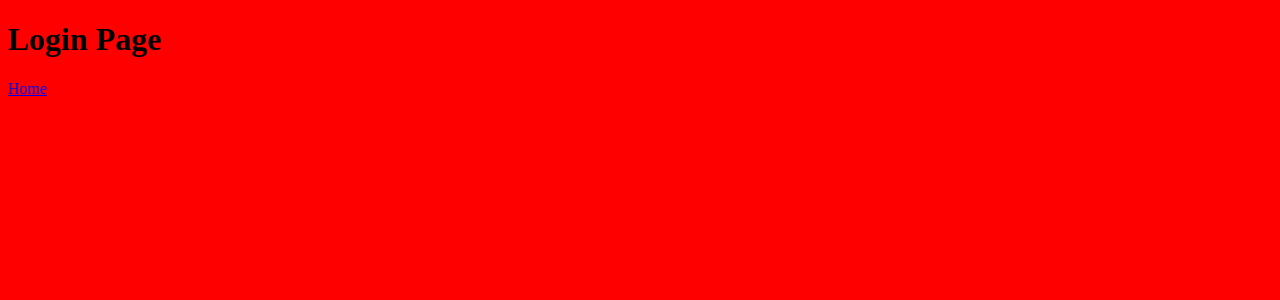
Repository: bnaragoud111/JSP-NARAGOUD-2
Page: 001JSP-Regestration-Login/src/main/webapp/login.html
An editor plug-in stored every save of this project. The page is shown before and after the next save, followed by the edit.
The browser window is 1280 px wide. The pictures show the whole page.

Above is the page before, as saved 2026-03-17 04:35:34.

### 001JSP-Regestration-Login/src/main/webapp/login.html
<!DOCTYPE html>
<html>
<head>
<meta charset="UTF-8">
<title>Login</title>
</head>
<body bgcolor="red">
<h1>Login Page</h1>
<a href="index" > Home</a>
</body>
</html>

After the next save:
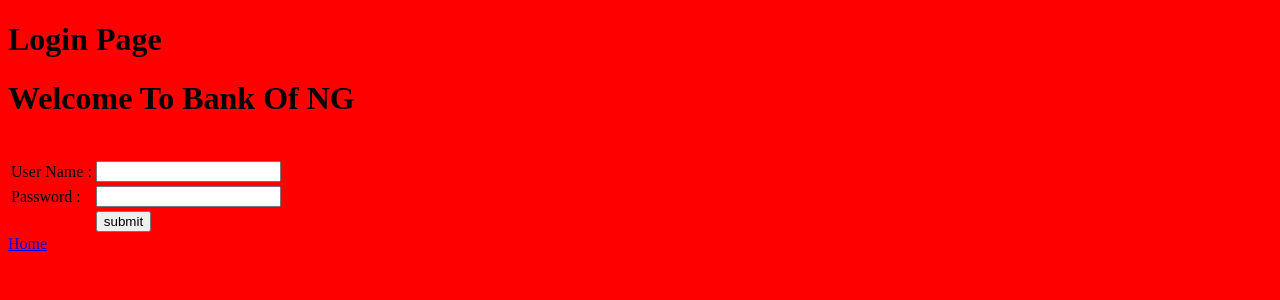
Saved 2 min 40 s later.
--- a/001JSP-Regestration-Login/src/main/webapp/login.html
+++ b/001JSP-Regestration-Login/src/main/webapp/login.html
@@ -6,6 +6,31 @@
 </head>
 <body bgcolor="red">
 <h1>Login Page</h1>
+</centre>
+<form action="regestration" method="GET" >
+<centre>
+<table>
+<tr>
+<h1>Welcome To Bank Of NG</h1>
+</tr>
+
+<tr>
+<td>User Name :</td> <td> <input type="text" name="userName" /></td>
+</tr><br>
+<tr>
+
+<td>Password :</td> <td> <input type="text" name="password" /></td>
+</tr>
+<tr>
+<td> <td> <input type="submit" value="submit"  /></td>
+</tr>
+</table>
+</form>
+</centre>
+
+
+
+
 <a href="index" > Home</a>
 </body>
 </html>
